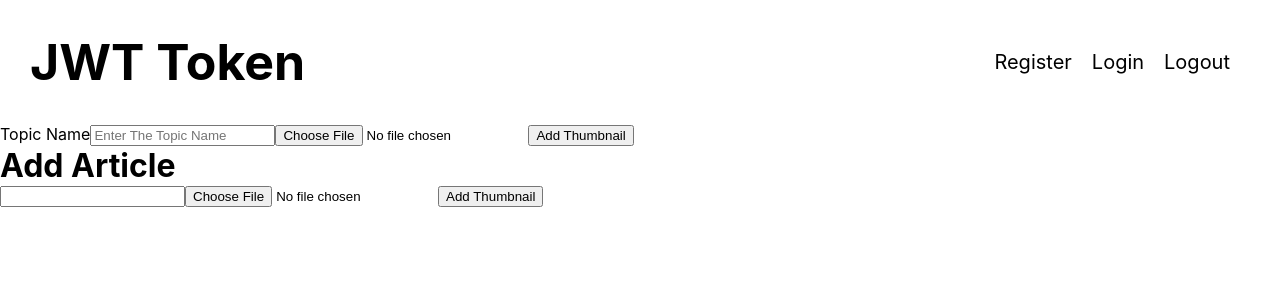
Repository: Prafullkuma/jwttoken
Page: /admin
An editor plug-in stored every save of this project. The page is shown before and after the next save, followed by the edit.
The browser window is 1280 px wide. The pictures show the whole page.
The project was rebuilt for these pictures with package versions that can differ from the ones it lists, and the page was loaded fresh each time. Also part of the build but not shown: src/App.css, src/component/Auth/Signup.js, src/component/Auth/Signin.js, src/component/User/User.js, src/component/Admin/Dashboard.css, src/component/Home/Home.js, src/component/Auth/Logout.js.

Above is the page before, as saved 2020-08-22 21:25:33.

### src/App.js
import React from 'react';
import { BrowserRouter, Route } from 'react-router-dom'
import './App.css';
import Navbar from './component/Navbar'
import Signup from './component/Auth/Signup';
import Signin from './component/Auth/Signin';
import User from './component/User/User';
import Dashboard from './component/Admin/Dashboard';
import Home from './component/Home/Home';
import Logout from './component/Auth/Logout'
function App() {
  return (
    <div className="App">
      <BrowserRouter>
        <Navbar />
        <Route path="/signup" component={Signup} />
        <Route path="/signin" component={Signin} />
        <Route path="logout" component={Logout} />
        <Route path="/user" component={User} />
        <Route path="/admin" component={Dashboard} />
        <Route exact path="/" component={Home} />
      </BrowserRouter>
    </div>
  );
}

export default App;

### src/component/Navbar.js
import React from 'react'
import { Link } from 'react-router-dom'
import './Navbar.css'
function Navbar() {
    return (
        <div>
            <section className="Nav">
                <h1> <Link to="/">JWT Token</Link></h1>
                <nav className="navbar-items">
                    <ul>
                        <li><Link to="/signup">Register</Link></li>
                        <li><Link to="/signin">Login</Link></li>
                        <li><Link to="/">Logout</Link></li>
                    </ul>

                </nav>
            </section>
        </div>
    )
}

export default Navbar

### src/component/Admin/Dashboard.js
import React, { useState } from 'react'
import './Dashboard.css'
function Dashboard() {
    const [topic, setTopic] = useState('')
    const [thumbnail, setThumbnail] = useState()
    const [title, setTitle] = useState('')
    const [articleImage, setArticleImage] = useState('')
    const addThumbnail = (e) => {
        console.log(e.target.file)
    }
    const addArticleImage = () => {

    }
    return (
        <div className="Dashboard">
            <div className="Topic_name">
                <label id="topic">Topic Name</label>
                <input for="topic" type="text"
                    value={topic}
                    onChange={e => setTopic(e.target.value)}
                    placeholder="Enter The Topic Name" />
                <input type="file"
                    value={thumbnail}
                    onChange={e => setThumbnail(e.target.value)} />
                <button onClick={addThumbnail}> Add Thumbnail</button>
            </div>
            <div>
                <h1> Add Article</h1>
                <input type="text"
                    value={title}
                    onChange={e => setTitle(e.target.value)} />

                <input type="file"
                    value={articleImage}
                    onChange={e => setArticleImage(e.target.value)} />
                <button onClick={addArticleImage}> Add Thumbnail</button>

            </div>



        </div>
    )
}

export default Dashboard

### src/component/Navbar.css
.Nav{
display: flex;
align-items: center;
justify-content: space-between;
padding: 30px;
}
ul,li{
    list-style: none;
    float: left;
    margin: 10px;
    font-size: 20px;
}
.Nav h1{
    font-size: 50px;
}
.Nav a{
    text-decoration: none;
    color:black
}
.navbar-items{
    display: flex;
}

Loaded but not shown: src/index.js (common file); src/index.css (common file)

After the next save:
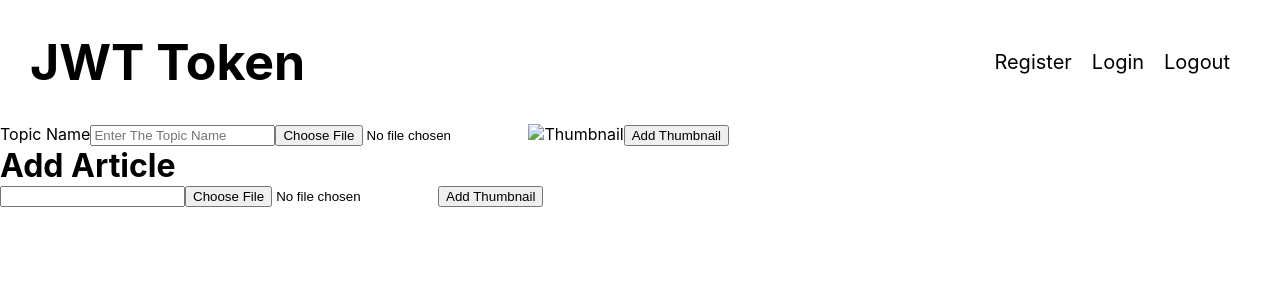
Saved 27 s later.
--- a/src/component/Admin/Dashboard.js
+++ b/src/component/Admin/Dashboard.js
@@ -22,7 +22,9 @@ function Dashboard() {
                 <input type="file"
                     value={thumbnail}
                     onChange={e => setThumbnail(e.target.value)} />
+                <img src="" alt="Thumbnail" />
                 <button onClick={addThumbnail}> Add Thumbnail</button>
+
             </div>
             <div>
                 <h1> Add Article</h1>
